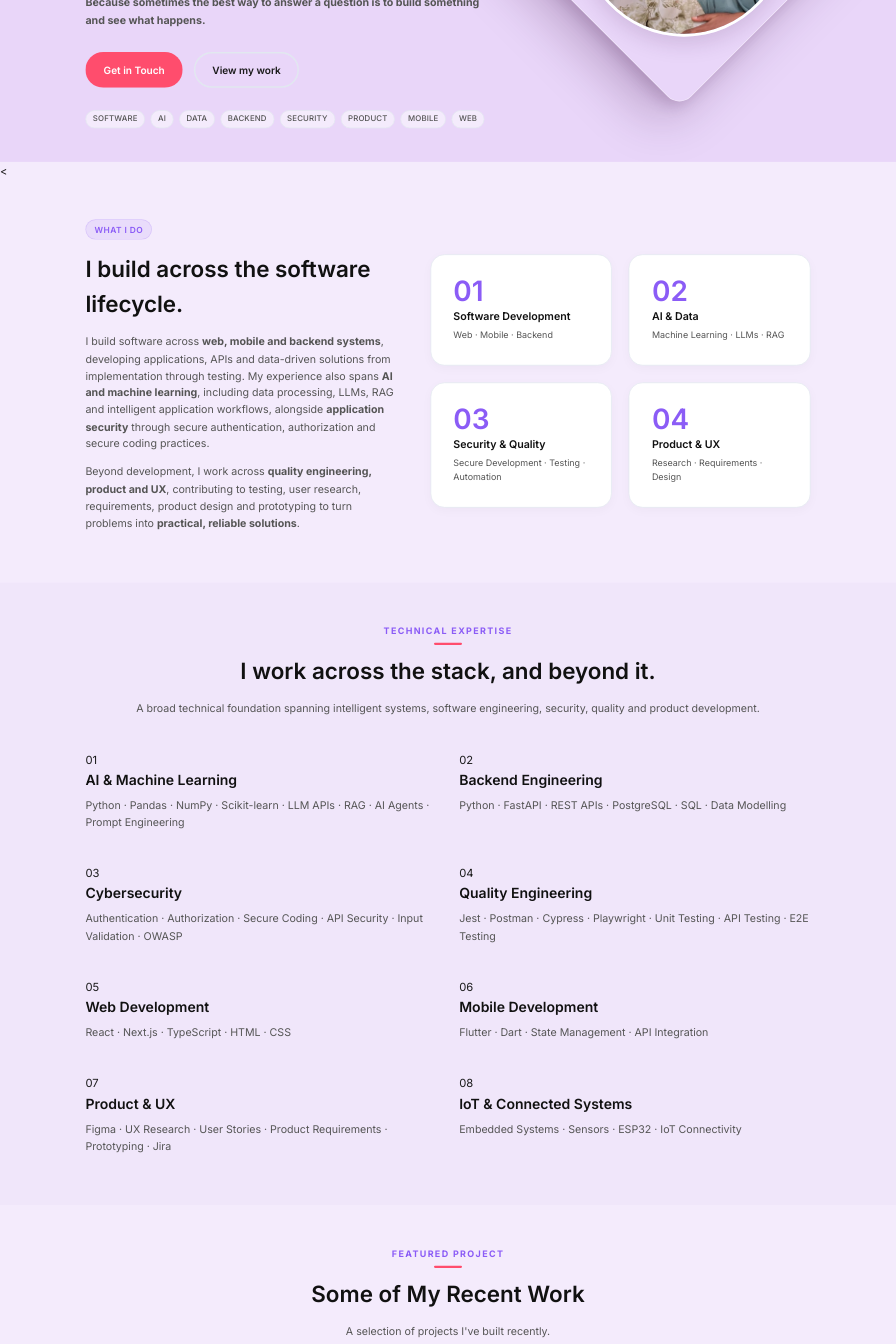
Repository: najmahares/portfolio
Page: index.html
These files come from the project's save history. The page is drawn as it stood at one moment and after the next save; the edit follows.
The browser window is 1280 px wide. The pictures show the part of the page from y = 536 to 2456 px (the page is 3756 px tall), at 70% of full size.

Above is the page before, as saved 2026-09-19 08:37:25.

After the next save:
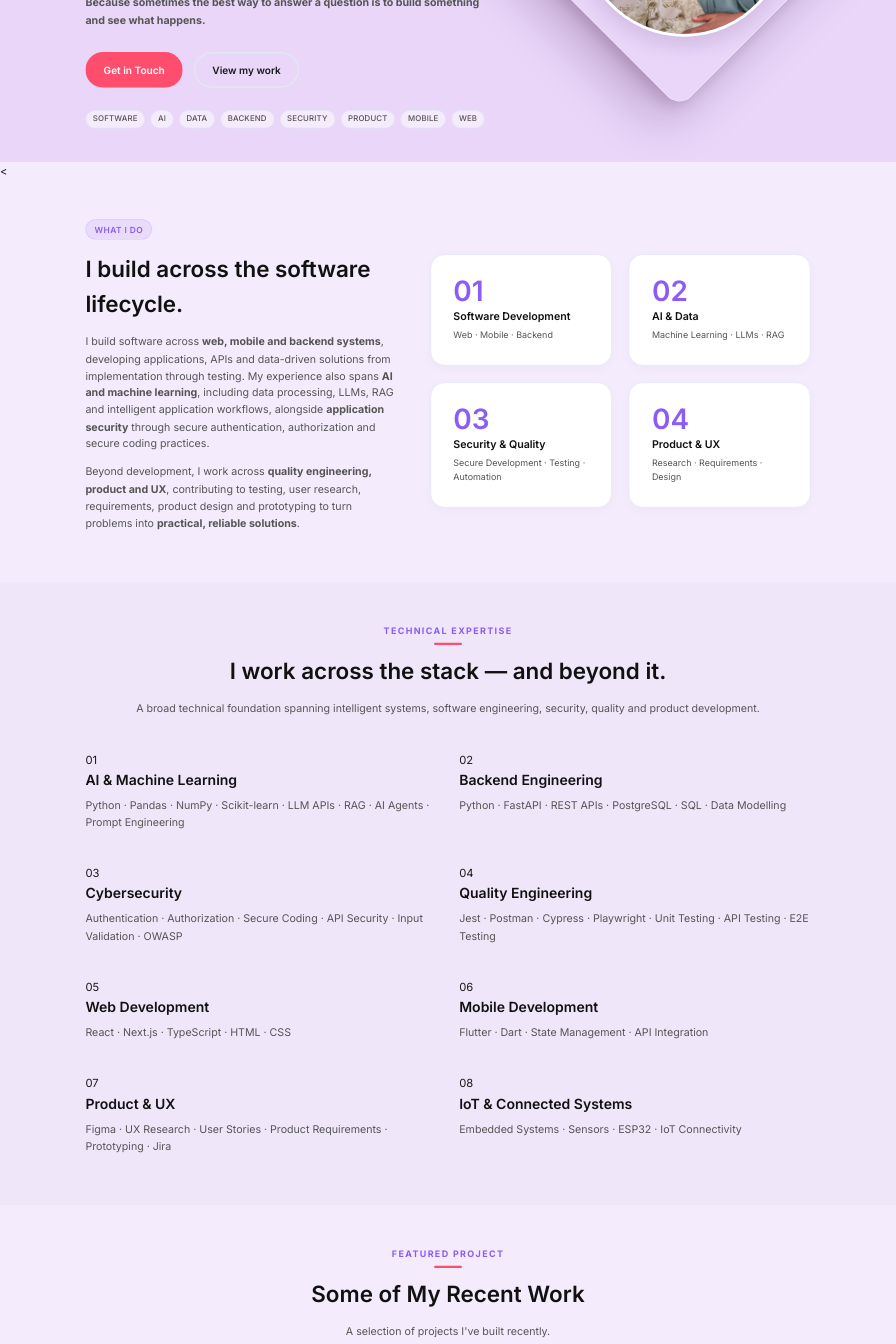
Saved 65 s later.
--- a/index.html
+++ b/index.html
@@ -151,7 +151,7 @@
       <div class="container">
         <div class="section-header reveal">
           <span class="section-tag">TECHNICAL EXPERTISE</span>
-          <h2>I work across the stack, and beyond it.</h2>
+          <h2>I work across the stack — and beyond it.</h2>
           <p>
             A broad technical foundation spanning intelligent systems, software
             engineering, security, quality and product development.
@@ -160,7 +160,7 @@
 
         <div class="skills-grid">
           <div class="skill-item reveal">
-            <div class="skill-number">01</div>
+            <span class="skill-number">01</span>
             <div class="skill-content">
               <h3>AI &amp; Machine Learning</h3>
               <p>
@@ -171,7 +171,7 @@
           </div>
 
           <div class="skill-item reveal">
-            <div class="skill-number">02</div>
+            <span class="skill-number">02</span>
             <div class="skill-content">
               <h3>Backend Engineering</h3>
               <p>
@@ -181,7 +181,7 @@
           </div>
 
           <div class="skill-item reveal">
-            <div class="skill-number">03</div>
+            <span class="skill-number">03</span>
             <div class="skill-content">
               <h3>Cybersecurity</h3>
               <p>
@@ -192,7 +192,7 @@
           </div>
 
           <div class="skill-item reveal">
-            <div class="skill-number">04</div>
+            <span class="skill-number">04</span>
             <div class="skill-content">
               <h3>Quality Engineering</h3>
               <p>
@@ -203,7 +203,7 @@
           </div>
 
           <div class="skill-item reveal">
-            <div class="skill-number">05</div>
+            <span class="skill-number">05</span>
             <div class="skill-content">
               <h3>Web Development</h3>
               <p>React · Next.js · TypeScript · HTML · CSS</p>
@@ -211,7 +211,7 @@
           </div>
 
           <div class="skill-item reveal">
-            <div class="skill-number">06</div>
+            <span class="skill-number">06</span>
             <div class="skill-content">
               <h3>Mobile Development</h3>
               <p>Flutter · Dart · State Management · API Integration</p>
@@ -219,7 +219,7 @@
           </div>
 
           <div class="skill-item reveal">
-            <div class="skill-number">07</div>
+            <span class="skill-number">07</span>
             <div class="skill-content">
               <h3>Product &amp; UX</h3>
               <p>
@@ -230,7 +230,7 @@
           </div>
 
           <div class="skill-item reveal">
-            <div class="skill-number">08</div>
+            <span class="skill-number">08</span>
             <div class="skill-content">
               <h3>IoT &amp; Connected Systems</h3>
               <p>Embedded Systems · Sensors · ESP32 · IoT Connectivity</p>
